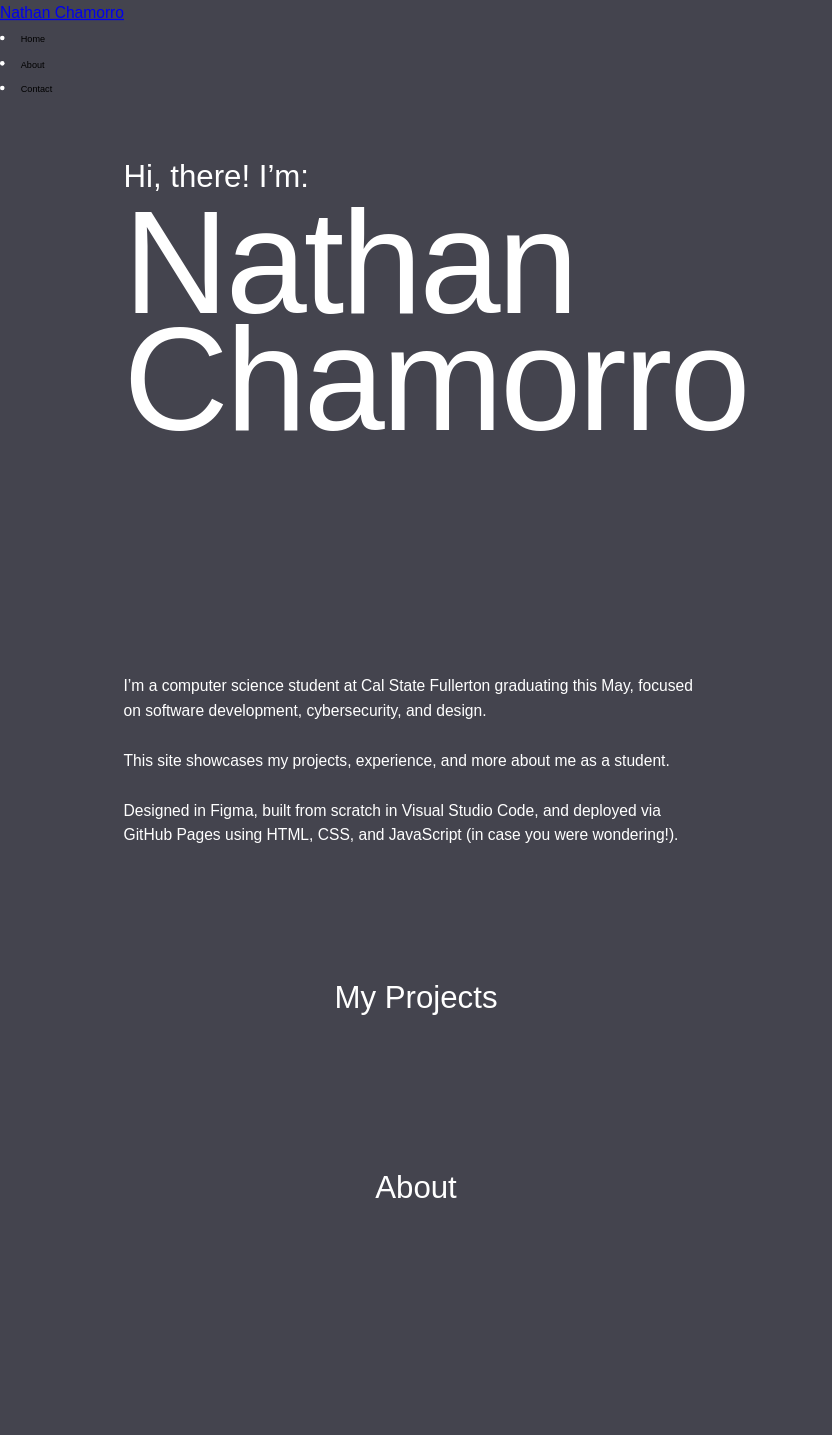
Repository: nathanchamorro1/nathanchamorro1.github.io
Page: index.html
These files come from the project's save history. The page is drawn as it stood at one moment and after the next save; the edit follows.
The browser window is 1280 px wide. The pictures show the whole page, at 65% of full size.
Some web fonts or font styles are not loaded; a fallback is used.

Above is the page before, as saved 2026-02-17 16:59:58.

### index.html
<!DOCTYPE html>
<html lang="en">

<head>
<meta charset="UTF-8">
<meta name="viewport" content = "width=device-width,initial-scale=1">
<title>Nathan Chamorro's Portfolio</title>
<link rel = "icon" type = "image/x-icon" href = "/assets/snoopy-favicon.ico">
<link rel="stylesheet" href="https://use.typekit.net/lhh1weh.css">
<link rel="stylesheet" href="css/style.css">
</head>

<div class="layout">
  <nav class="sidebar">
    <a href="#home" class="nav-logo">Nathan Chamorro</a>
      <li><a href="#home" class="nav-link">Home</a></li>
            <li><a href="#about" class="nav-link">About</a></li>
      <li><a href="#contact" class="nav-link">Contact</a></li>
      </nav>

  <main class="content">
    <div class="content-wrapper">
  <section class="hero">
    <h2 class="reveal">Hi, there! I’m:</h2>
    <h1 class="reveal">Nathan Chamorro</h1>
  </section>
      <p class="reveal">
        <br>I’m a computer science student at Cal State Fullerton graduating this May, focused on software development, cybersecurity, and design. <br>
        <br>This site showcases my projects, experience, and more about me as a student.<br>
        <br>Designed in Figma, built from scratch in Visual Studio Code, and deployed via GitHub Pages using HTML, CSS, and JavaScript (in case you were wondering!). <br>
      </p>
    </section>

        <section id="projects" class="content-wrapper">
      <h3 class="reveal">My Projects</h3>
    </section>

    <section id="about" class="content-wrapper">
      <h3 class="reveal">About</h3>
    </section>

    <section id="contact" class="content-wrapper">
      <h3 class="reveal">Contact</h3>
    </section>
  </main>
</div>
<script src = "js/script.js"></script>

### css/style.css
body {
  background-color: #44444E;
  color: white;
  margin: 0;
  font-family: museo-sans, sans-serif;
  font-weight: 300;
  font-style: normal;
  font-variation-settings: "slnt" 0, "wght" 400;
  line-height: 1.6;
  font-size: 1.5rem;
}

.content-wrapper {
  max-width: 900px;
  margin: 0 auto;
  padding: 0 40px;
  padding-top: 80px;
  display: flex;
  flex-direction: column;
  gap: 40px;
}

.hero {
    min-height: calc(100vh - 20px);
    display: flex;
    align-items: flex-start;
    flex-direction: column;
    justify-content: flex-start;
    padding-top: 0px;
    text-align: left;
}

h1 {
    color: white;
    font-family: "instrument-serif", sans-serif;
    font-size: 14rem;
    font-weight: 400;
    font-variation-settings: "wght" 400;
    line-height: 0.8;
    margin: 0;
    letter-spacing: -0.02em;
}

h2 {
    color: white;
    font-family: "instrument-serif", sans-serif;
    font-weight: 400;
    font-variation-settings: "wght" 400;
    font-size: 3rem;
    opacity: 0.8;
    margin-bottom: 5px;
    margin-top: 0;
}

h3 {
    color: white;
    font-family: "instrument-serif", sans-serif;
    font-weight: 400;
    font-variation-settings: "wght" 400;
    font-size: 3rem;
    opacity: 0.8;
}

.reveal {
    opacity: 0;
    transform: translateY(20px);
    transition: opacity 0.7s ease, transform 0.7s ease;
}

.reveal-visible {
    opacity: 1;
    transform: translateY(0);
}

.navbar {
    position: fixed;
    top: 0;
    width: 100%;
    background: white;
    box-shadow: 0 2px 10px rgba(0,0,0,0.05);
    z-index: 1000;
}

.nav-container {
    max-width: 1000px;
    margin: 0 auto;
    display: flex;
    justify-content: space-between;
    align-items: left;
    padding: 15px 20px
}

.nav-menu {
    list-style: none;
    display: flex;
    gap: 25px;
    margin: 0;
    padding: 0;
}

.nav-link {
    text-decoration: none;
    color: black;
    font-size: 14px;
    position: relative;
}

.nav-link:hover {
    opacity: 0.6;
}

### js/script.js
const reveals = document.querySelectorAll(".reveal");

function revealOnScroll() {
  const windowHeight = window.innerHeight;

  reveals.forEach(el => {
    const elementTop = el.getBoundingClientRect().top;

    if (elementTop < windowHeight - 200) {
      el.classList.add("reveal-visible");
    }
  });
}

window.addEventListener("scroll", revealOnScroll);
revealOnScroll();

After the next save:
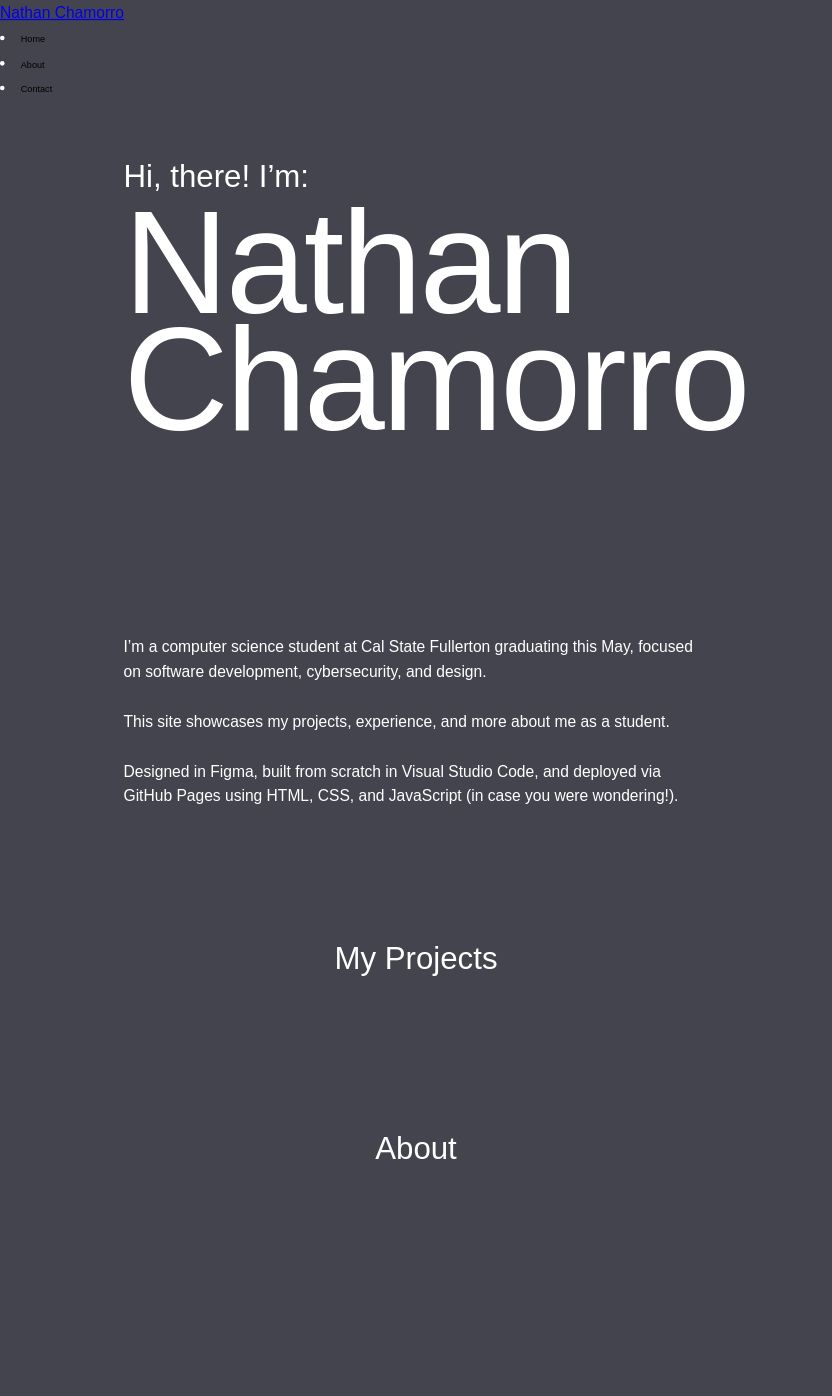
Saved 22 s later.
--- a/css/style.css
+++ b/css/style.css
@@ -21,7 +21,7 @@ body {
 }
 
 .hero {
-    min-height: calc(100vh - 20px);
+    min-height: calc(100vh - 80px);
     display: flex;
     align-items: flex-start;
     flex-direction: column;
